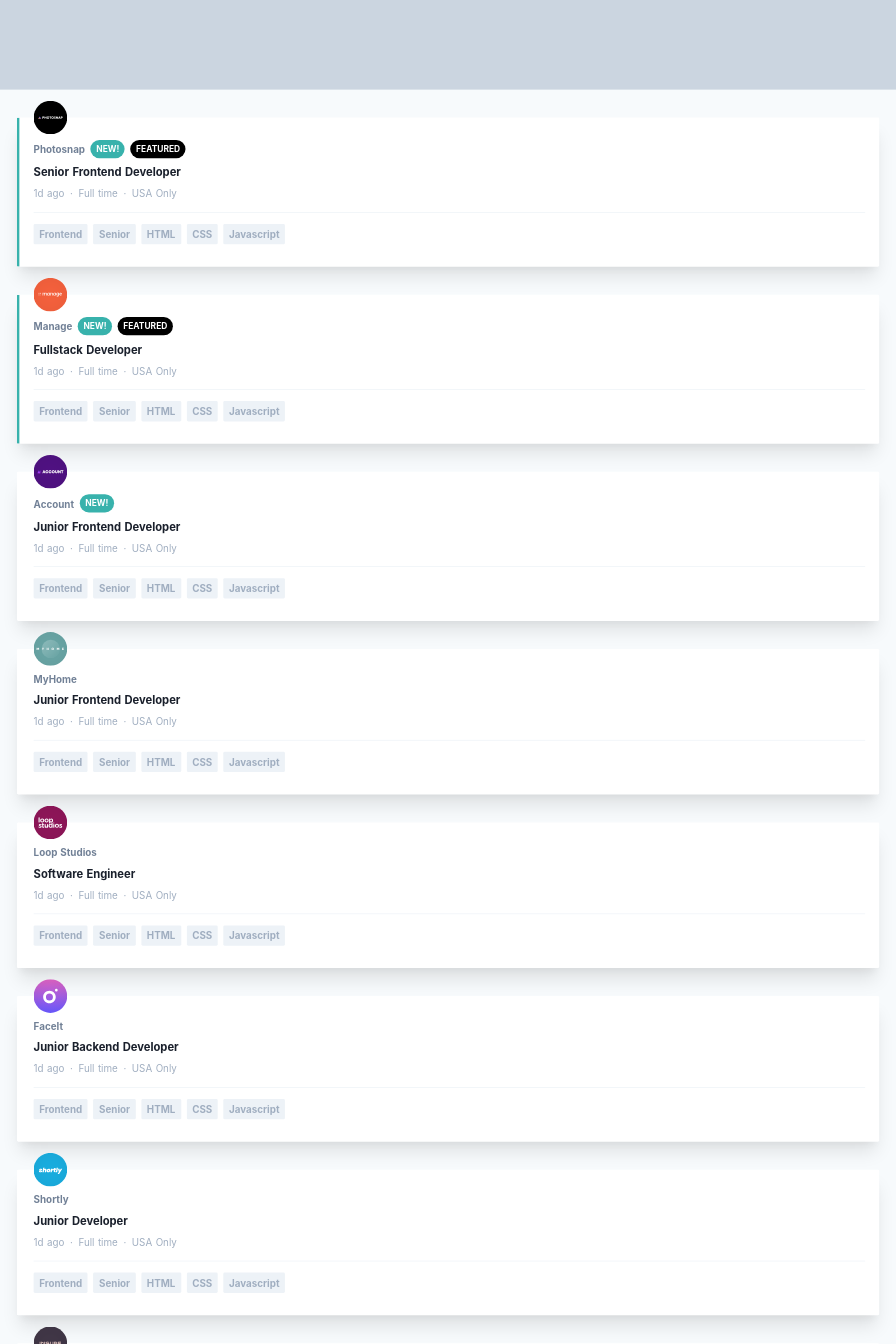
Repository: asongdon/frontendmentor-joblisting
Page: /
An editor plug-in stored every save of this project. The page is shown before and after the next save, followed by the edit.
The browser window is 1280 px wide. The pictures show the part of the page from y = 0 to 1920 px (the page is 2623 px tall), at 70% of full size.
The project was rebuilt for these pictures with package versions that can differ from the ones it lists, and the page was loaded fresh each time. The framework's server and built-in components were replaced by stand-ins that run in the browser. Also part of the build but not shown: nuxt.config.js.

Above is the page before, as saved 2020-04-12 21:49:46.

After the next save:
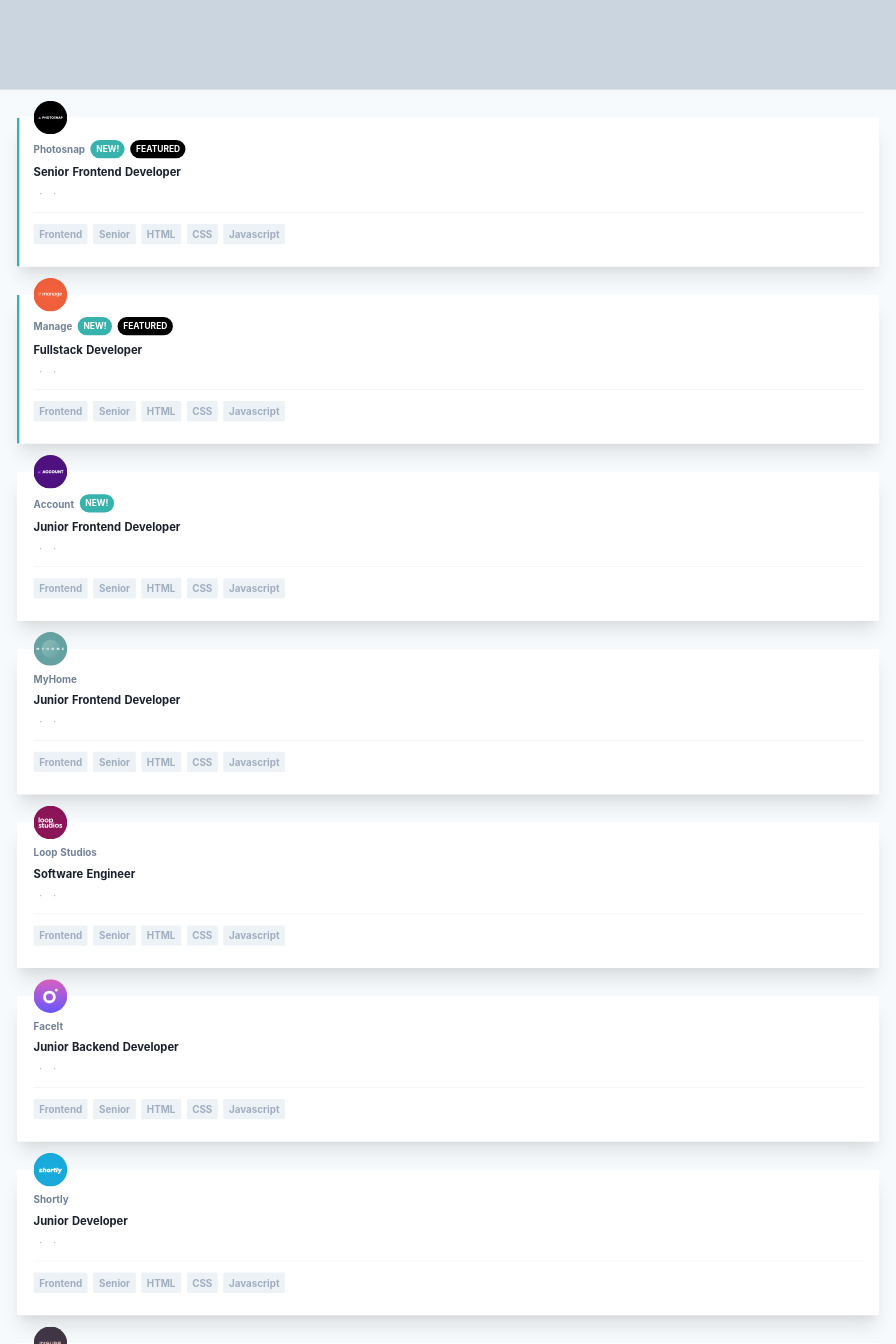
Saved 80 s later.
--- a/components/Maincard.vue
+++ b/components/Maincard.vue
@@ -30,11 +30,11 @@
     </div>
 
     <div class="flex text-sm mt-2 text-gray-500 border-b border-gray-200 pb-4">
-      <div class="mr-2">1d ago</div>
+      <div class="mr-2">{{ postedAt }}</div>
       <div class="mr-2">·</div>
-      <div class="mr-2">Full time</div>
+      <div class="mr-2">{{ contract }}</div>
       <div class="mr-2">·</div>
-      <div>USA Only</div>
+      <div>{{ location }}</div>
     </div>
 
     <div class="mt-4 flex flex-wrap justify-start">
@@ -74,7 +74,10 @@ export default {
     company: String,
     newStatus: Boolean,
     featured: Boolean,
-    position: String
+    position: String,
+    postedAt: String,
+    contract: String,
+    location: String
   }
 }
 </script>
